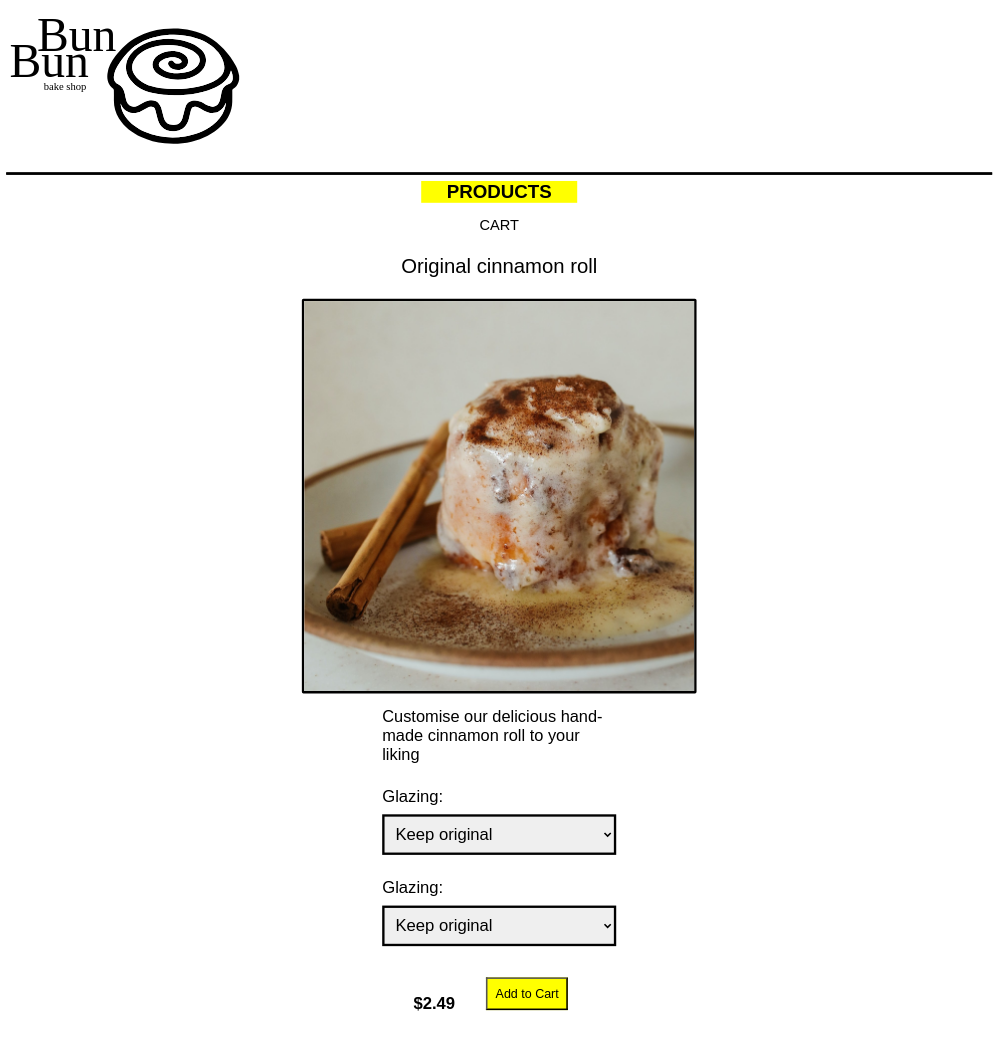
Repository: alicianghm/pui-hw
Page: solution-hw1/HW1-Detail.html
The author's editor kept a copy of each file at every save. The page is drawn from the files as they stood at one save, then again after the next save.
The browser window is 1280 px wide. The pictures show the whole page, at 78% of full size.

Above is the page before, as saved 2022-09-08 10:28:36.

After the next save:
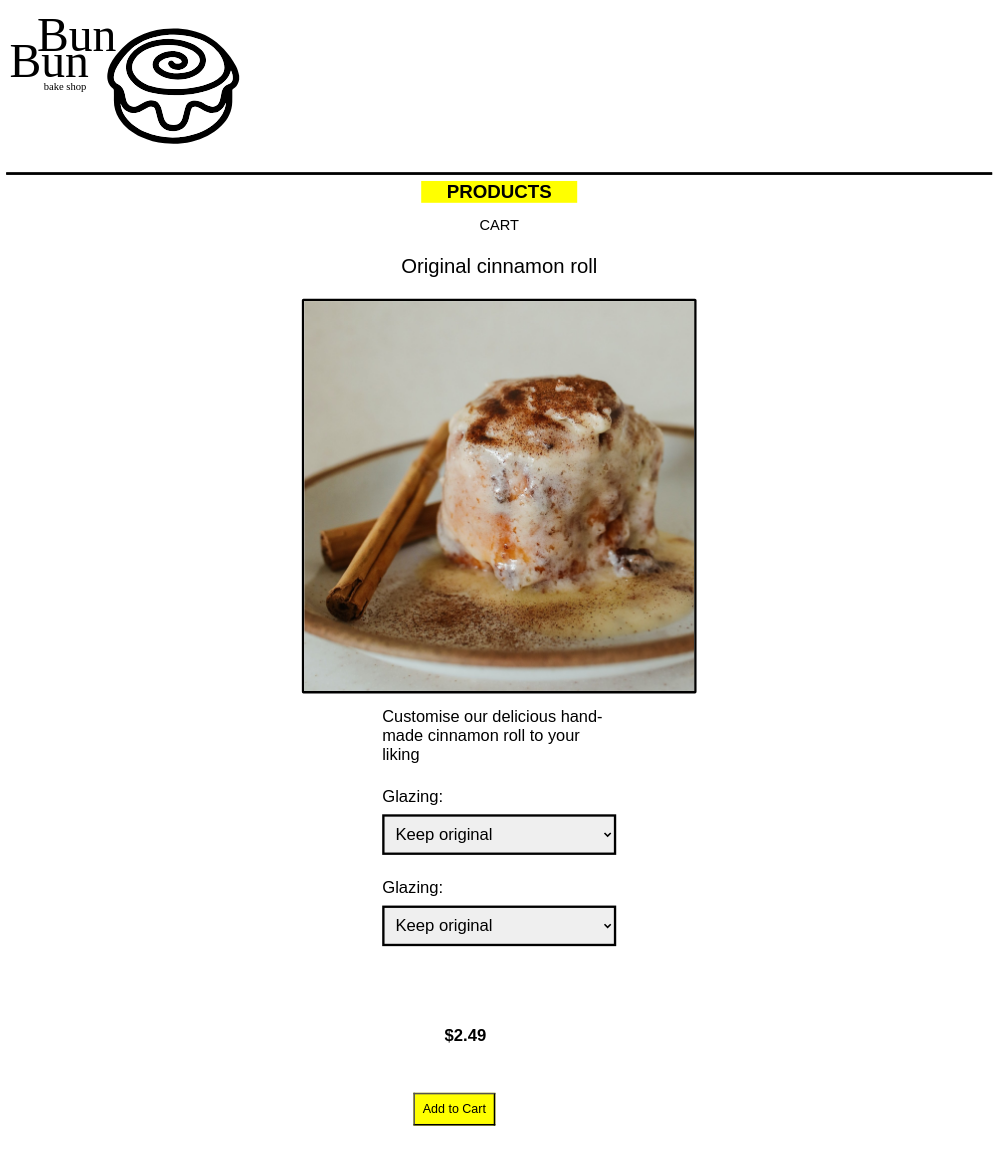
Saved 16 s later.
--- a/solution-hw1/hw1.css
+++ b/solution-hw1/hw1.css
@@ -149,7 +149,7 @@
   align-content: right;
 }
 
-.cart{
+.detail-cart{
   padding: 40px;
 }
 

After the save that followed:
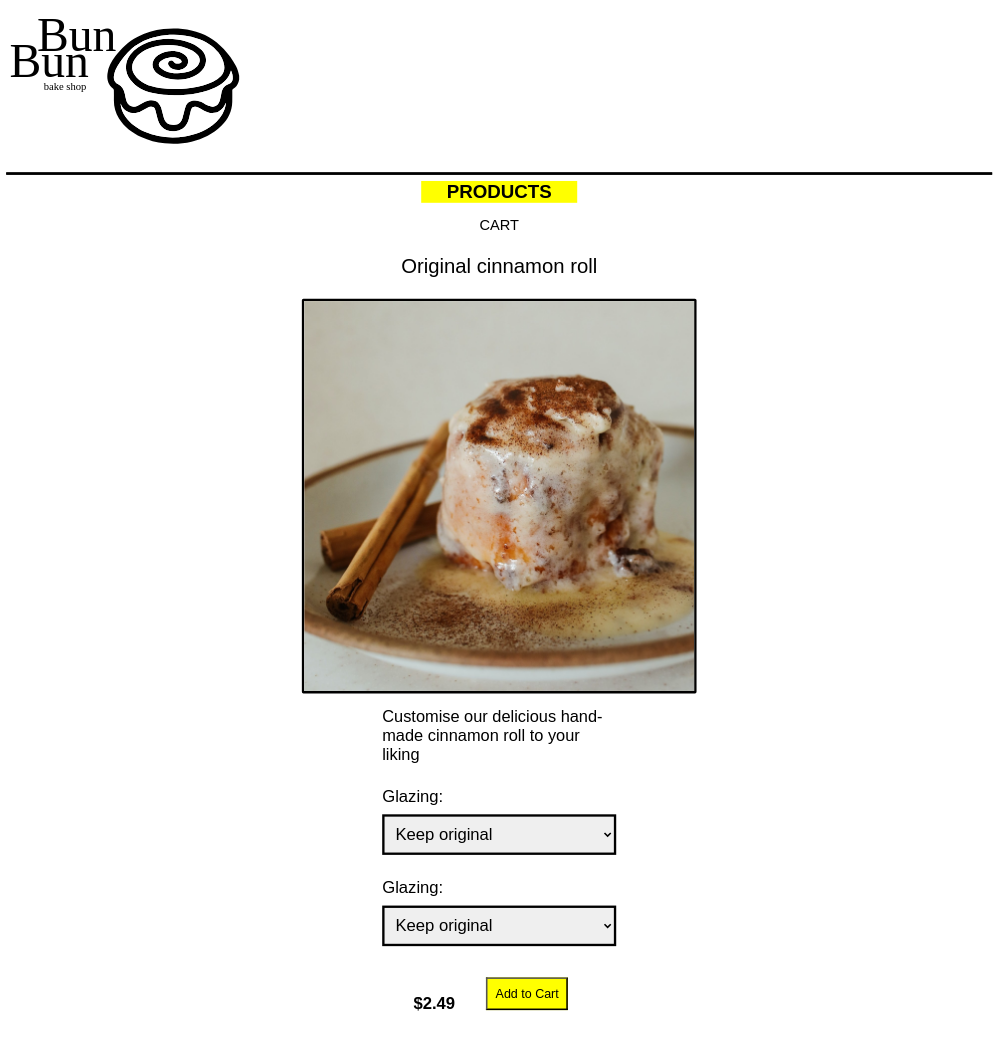
Saved 14 s later.
--- a/solution-hw1/HW1-Detail.html
+++ b/solution-hw1/HW1-Detail.html
@@ -38,11 +38,11 @@
               <option value="Double chocolate">Double chocolate</option>
             </select>
           </div>
-        <div class="detail-cart">
+        <div class="cart">
           <div class="totalPrice">
             <p>$2.49</p>
           </div>
-          <div class="cart">
+          <div class="detail-cart">
             <button class="addCart">Add to Cart</button>
           </div>
         </div>
